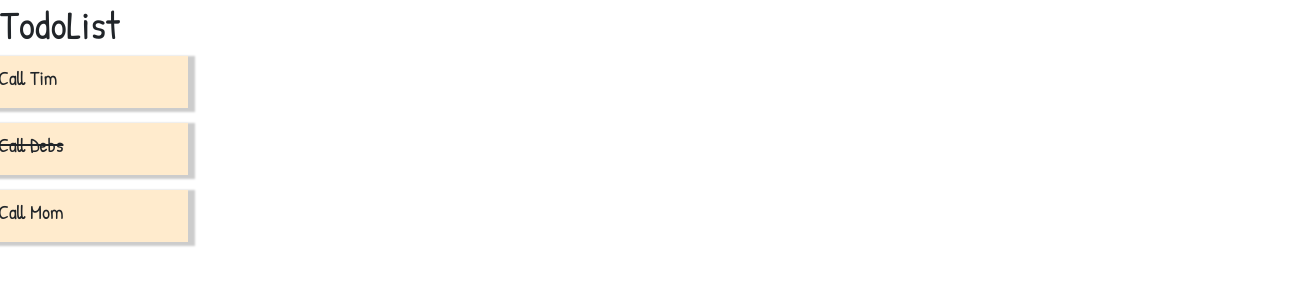
Repository: latenightsnacc/React-Projects
Page: / (app in todolist/)
The author's editor kept a copy of each file at every save. The page is drawn from the files as they stood at one save, then again after the next save.
The browser window is 1280 px wide. The page is 1292 px wide, then 1280 px, so the pictures cover 1292 px, including what lies to the right of the window. The pictures show the whole page.
The project was rebuilt for these pictures with package versions that can differ from the ones it lists, and the page was loaded fresh each time.

Above is the page before, as saved 2020-07-02 11:25:02.

### todolist/public/index.html
<!DOCTYPE html>
<html lang="en">
  <head>
    <meta charset="utf-8" />
    <link rel="icon" href="%PUBLIC_URL%/favicon.ico" />
    <meta name="viewport" content="width=device-width, initial-scale=1" />
    <meta name="theme-color" content="#000000" />
    <meta
      name="description"
      content="Web site created using create-react-app"
    />
    <link rel="apple-touch-icon" href="%PUBLIC_URL%/logo192.png" />
    <link rel="stylesheet" href="https://stackpath.bootstrapcdn.com/bootstrap/4.5.0/css/bootstrap.min.css" integrity="sha384-9aIt2nRpC12Uk9gS9baDl411NQApFmC26EwAOH8WgZl5MYYxFfc+NcPb1dKGj7Sk" crossorigin="anonymous">
    <link rel="manifest" href="%PUBLIC_URL%/manifest.json" />
    <link href="https://fonts.googleapis.com/css2?family=Patrick+Hand&display=swap" rel="stylesheet">
    <title>React App</title>
  </head>
  <body>
    <noscript>You need to enable JavaScript to run this app.</noscript>
    <div id="root"></div>
    <!--
      This HTML file is a template.
      If you open it directly in the browser, you will see an empty page.

      You can add webfonts, meta tags, or analytics to this file.
      The build step will place the bundled scripts into the <body> tag.

      To begin the development, run `npm start` or `yarn start`.
      To create a production bundle, use `npm run build` or `yarn build`.
    -->
  </body>
</html>

### todolist/src/App.js
import React, {Component} from 'react';
import TodoList from './components/TodoList';
import './styles/App.scss';

class App extends Component  {
  constructor(props){
    super(props);
    this.state = {
      todos: [
        {
          id: 1,
          title: 'Call Tim',
          completed: false
        },
        {
          id: 2,
          title: 'Call Debs',
          completed: true
        },
        {
          id: 3,
          title: 'Call Mom',
          completed: false
        }
      ]
    }

  }

  render() {
    return (
      <div className="App">
        <TodoList tasks= {this.state.todos} />
      </div>
    );
  }

}

export default App;

### todolist/src/components/TodoList.js
import React, { Component } from 'react';
import PropTypes from 'prop-types';
import TodoItem from './TodoItem';

class TodoList extends Component {
    render() {
        return (
            <>
                <h1>TodoList</h1>
                <div className="TodoList">
                    {
                        this.props.tasks.map(task => {
                            return <TodoItem key={task.id} task= {task} />
                        })
                    }
                </div>
            </>
        )
    }
}

// PropTypes
TodoList.propTypes = {
    tasks: PropTypes.array.isRequired
}
export default TodoList;

### todolist/src/styles/App.scss
@import "~bootstrap/scss/bootstrap";
@import url('https://fonts.googleapis.com/css2?family=Patrick+Hand&display=swap');

* {
    margin: 0;
    padding: 0;
    font-family: 'Patrick Hand', cursive;
}

### todolist/src/components/TodoItem.js
import React, { Component } from 'react';
import PropTypes from 'prop-types';

class TodoItem extends Component {
    getStyle = () => {
        return {
            background: '#ffebcd',
            width: '200px',
            padding: '10px',
            marginBottom: '15px',
            boxShadow: '5px 2px 2px 2px #cccccc',
            textDecoration: this.props.task.completed ?
            'line-through'
            :'none'
        }
    }
    render() {
        return (
            <>
                <div className="row">
                    <div style={this.getStyle()}>
                        <h5> {this.props.task. title} </h5>
                    </div>
                </div>


            </>
        )
    }
}

// const cardStyle = {
//     backgroundColor: '#000',
//     padding: '10px 5px',
//     color: 'white',
//     marginBottom: '10px',
//     width: '200px',
//     textAlign: 'center',
//     boxShadow: '2px 2px 4px 2px grey'
// }
// PropTypes
TodoItem.propTypes = {
    task: PropTypes.object.isRequired
}
export default TodoItem

Loaded but not shown: todolist/src/index.js (common file)

After the next save:
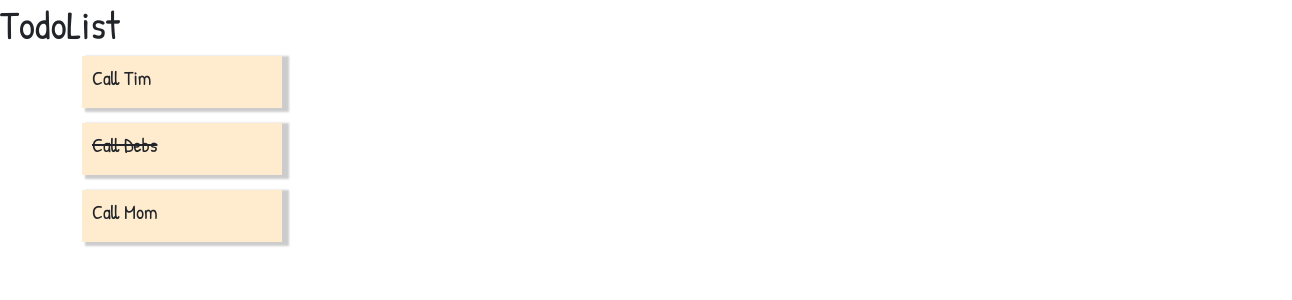
Saved 55 s later.
--- a/todolist/src/components/TodoItem.js
+++ b/todolist/src/components/TodoItem.js
@@ -17,10 +17,15 @@ class TodoItem extends Component {
     render() {
         return (
             <>
-                <div className="row">
-                    <div style={this.getStyle()}>
-                        <h5> {this.props.task. title} </h5>
+                <div className="container">
+                    <div className="row">
+                        <div className="col">
+                            <div style={this.getStyle()}>
+                                <h5> {this.props.task. title} </h5>
+                            </div>
+                        </div>
                     </div>
+
                 </div>
 
 
